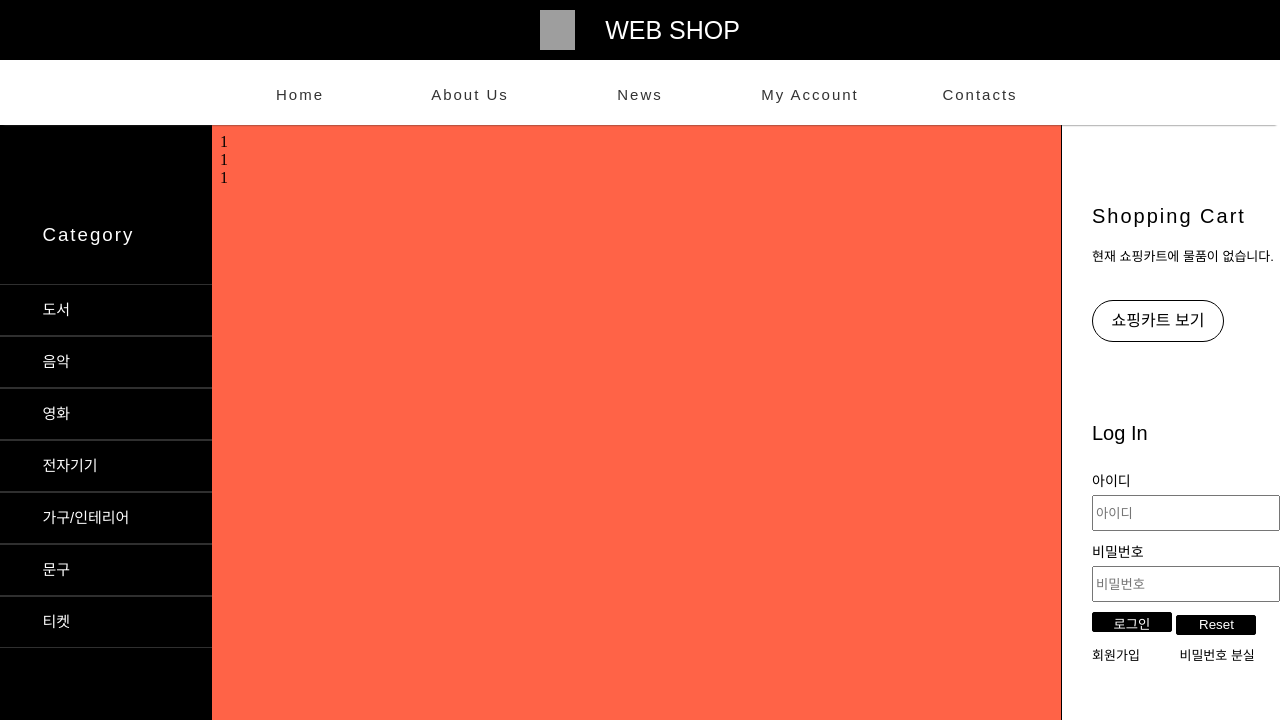
Repository: choidazzi/DDIT
Page: web programming/html/webpro/src/main/webapp/task/main.html
The author's editor kept a copy of each file at every save. The page is drawn from the files as they stood at one save, then again after the next save.
The browser window is 1280 px wide. The pictures show the whole page.
Pictures or frames that could not be fetched are drawn as grey boxes. Some web fonts or font styles are not loaded; a fallback is used.

Above is the page before, as saved 2023-05-02 11:47:55.

After the next save:
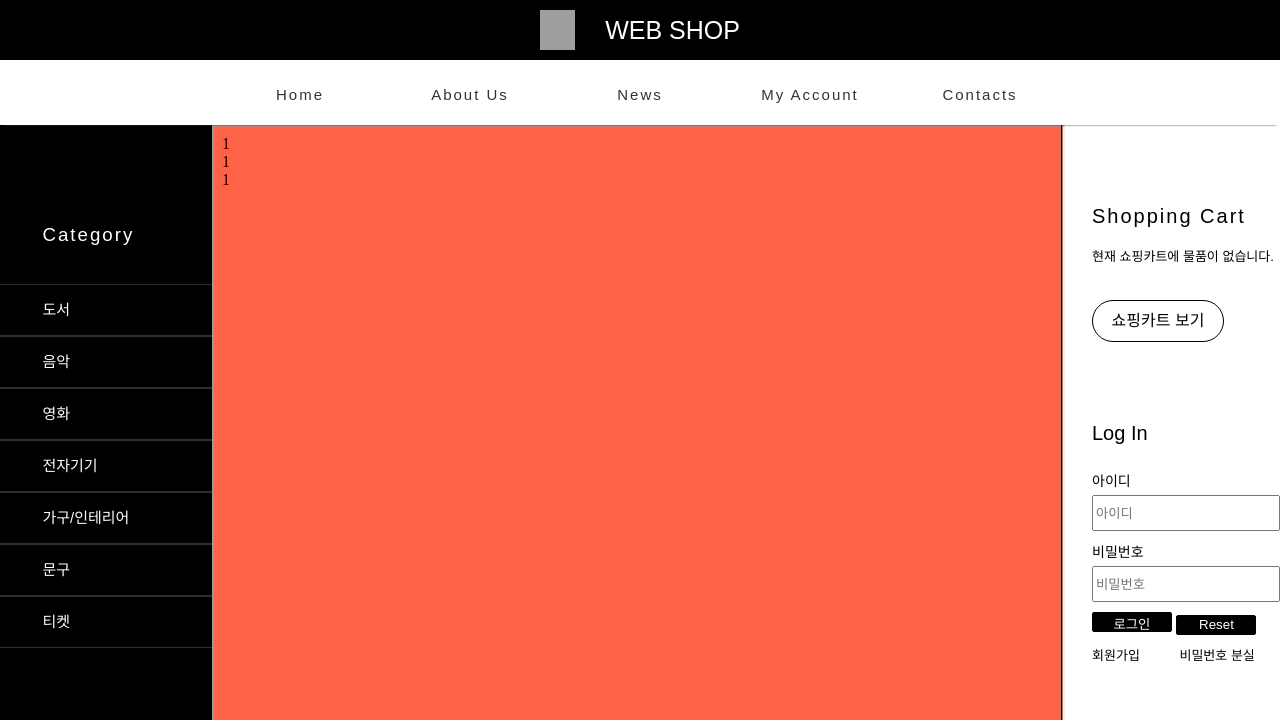
Saved 17 min 21 s later.
--- a/web programming/html/webpro/src/main/webapp/task/css/mystyle.css
+++ b/web programming/html/webpro/src/main/webapp/task/css/mystyle.css
@@ -128,7 +128,7 @@
 }
 
 #main #article1 iframe{
-	border: none;
+	frameborder:0;
 	width: 100%;
 	height: 780px;
 }

After the 2 saves that followed:
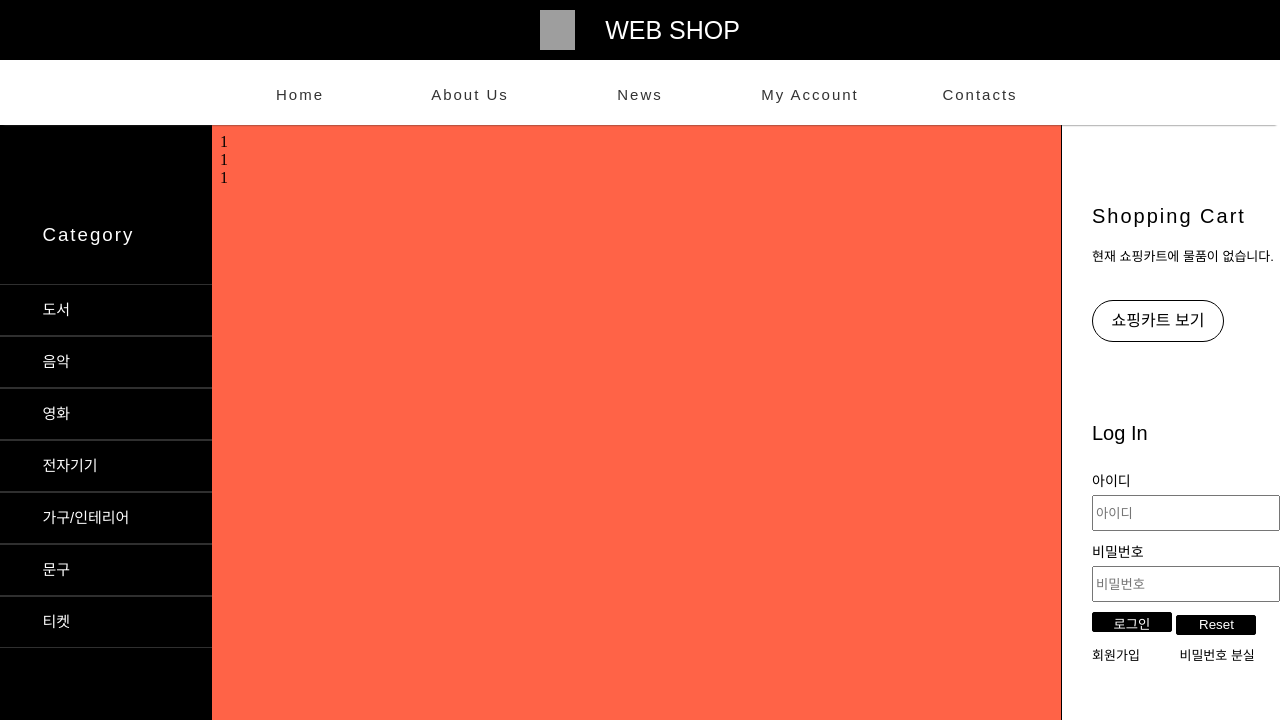
The 2 saves are shown as one change because 1 left the picture as it was.
The last was saved 85 s later.
--- a/web programming/html/webpro/src/main/webapp/task/css/mystyle.css
+++ b/web programming/html/webpro/src/main/webapp/task/css/mystyle.css
@@ -128,7 +128,7 @@
 }
 
 #main #article1 iframe{
-	frameborder:0;
+	border: none;
 	width: 100%;
 	height: 780px;
 }
